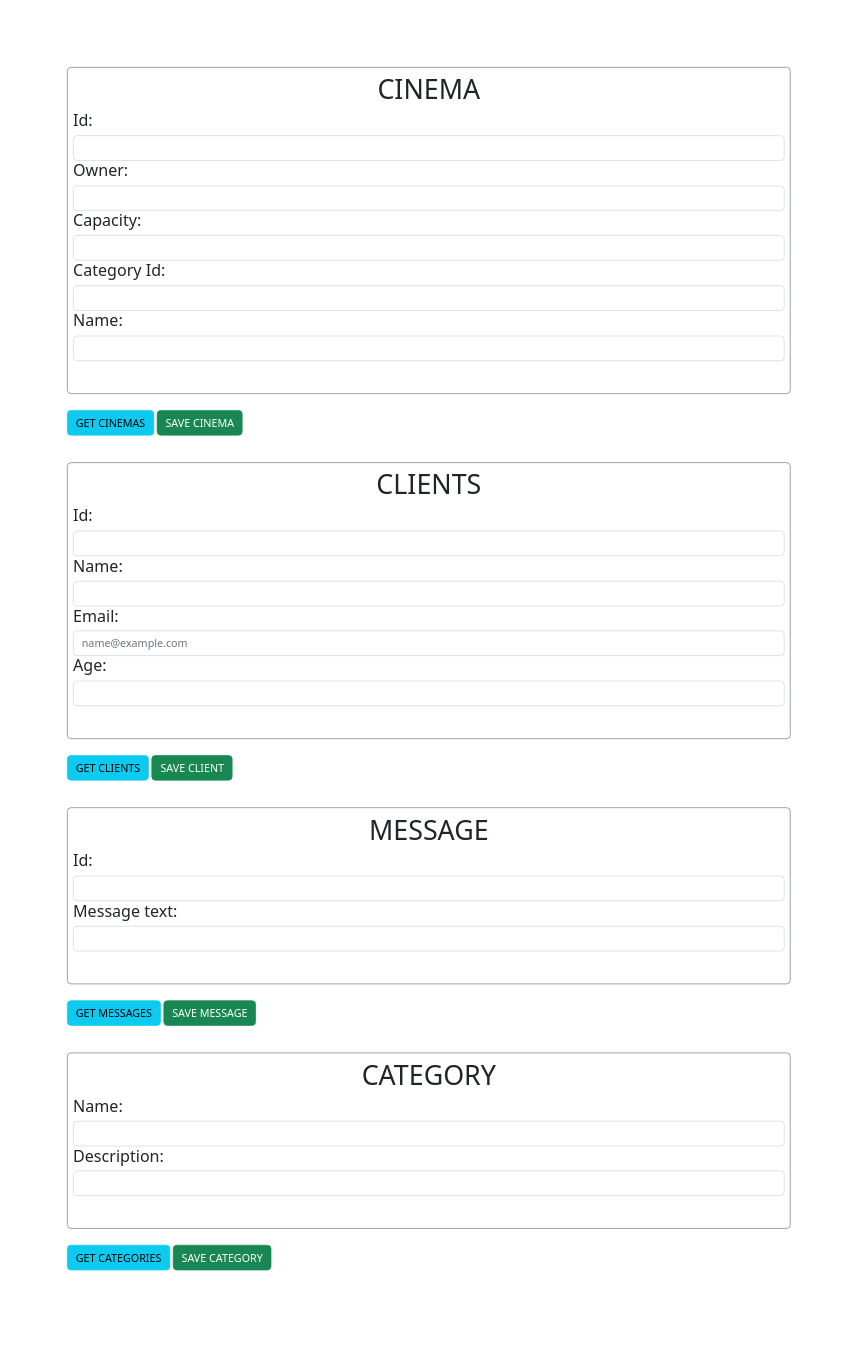
Repository: almendezl/MisionTIC
Page: index.html
The author's editor kept a copy of each file at every save. The page is drawn from the files as they stood at one save, then again after the next save.
The browser window is 1280 px wide. The pictures show the whole page, at 67% of full size.

Above is the page before, as saved 2022-10-10 12:43:00.

### index.html
<html lang="en">
<head>
    <meta charset="UTF-8">
    <meta http-equiv="X-UA-Compatible" content="IE=edge">
    <meta name="viewport" content="width=device-width, initial-scale=1.0">
    <link rel="stylesheet" href="styles.css">
    <title>MISION TIC 2022 RETO 2</title>
</head>
<script src="https://cdn.jsdelivr.net/npm/axios/dist/axios.min.js"></script>
<!-- add jquery api -->
<script src="https://ajax.googleapis.com/ajax/libs/jquery/3.6.1/jquery.min.js"></script>
<!-- add bootstrap -->
<link href="https://cdn.jsdelivr.net/npm/bootstrap@5.2.1/dist/css/bootstrap.min.css" rel="stylesheet" integrity="sha384-iYQeCzEYFbKjA/T2uDLTpkwGzCiq6soy8tYaI1GyVh/UjpbCx/TYkiZhlZB6+fzT" crossorigin="anonymous">
<!-- add the file with the script -->
<script type="text/javascript" src="myScript.js"></script>
<body>
    <!-- cinema front -->
    <div class=" p-2 rounded border border-secondary" >
        <h1 class="text-center">CINEMA</h1>
        <form action="">
            <div class="form-group">
                <h4 class="label label-default" >Id: </h4>
                <input  class="form-control" type="number" id="cinemaId">
            </div>

            <div class="form-group">
                <h4 class="label label-default" >Owner: </h4>
                <input class="form-control" type="text" id="cinemaOwner">
            </div>

            <div class="form-group">
                <h4 class="label label-default" >Capacity: </h4>
                <input class="form-control" type="number" id="cinemaCapacity" >
            </div>

            <div class="form-group">
                <h4 class="label label-default" >Category Id: </h4>
                <input class="form-control" type="number" id="cinemaCategory">
            </div>

            <div class="form-group">
                <h4 class="label label-default" >Name: </h4>
                <input class="form-control" type="text" id="cinemaName"><br>
            </div>

        </form>
    </div>
    <br>
    <div id="cinemaAlert">

    </div>

    <button class="btn btn-info" onclick="getCinemas()">GET CINEMAS</button>

    <button class="btn btn-success" onclick="setCinema()">SAVE CINEMA</button><br>

    <div id="editCinema">
        <br>

    </div>



    <table class="table table-striped" id="cinemasList">

    </table>

    <!-- Clients front  -->
    <div class=" p-2 rounded border border-secondary" >
    <h1 class="text-center">CLIENTS</h1>
        <form action="">
            <div class="form-group">
                <h4 class="label label-default" >Id: </h4>
                <input class="form-control" type="number" id="clientId">
            </div>

            <div class="form-group">
                <h4 class="label label-default" >Name: </h4>
                <input class="form-control" type="text" id="clientName">
            </div>

            <div class="form-group">
                <h4 class="label label-default" >Email: </h4>
                <input class="form-control" type="text" id="clientEmail" placeholder="name@example.com">
            </div>

            <div class="form-group">
                <h4 class="label label-default" >Age: </h4>
                <input class="form-control" type="number" id="clientAge"><br>
            </div>

        </form>
    </div>
    <br>

    <div id="clientAlert">

    </div>

    <button class="btn btn-info" onclick="getClients()">GET CLIENTS</button>

    <button class="btn btn-success" onclick="setClient()">SAVE CLIENT</button>

    <div id="editClient">
        <br>

    </div>

    <table class="table table-striped" id="clientsList">


    </table>

    <!-- Message front  -->
    <div class=" p-2 rounded border border-secondary" >
        <h1 class="text-center">MESSAGE</h1>

        <form action="" >
            <div class="form-group">
                <h4 class="label label-default" >Id: </h4>
                <input class="form-control" type="number" id="messageId">
            </div>

            <div class="form-group">
                <h4 class="label label-default" >Message text: </h4>
                <input class="form-control" type="text" id="messageText"><br>
            </div>


        </form>
    </div>
    <br>

    <div id="messageAlert">

    </div>



    <button class="btn btn-info" onclick="getMessages()">GET MESSAGES</button>

    <button class="btn btn-success" onclick="setMessage()">SAVE MESSAGE</button>

    <div id="editMessage">
        <br>

    </div>

    <table class="table table-striped" id="messagesList">


    </table>


     <!-- Message front  -->
     <div class=" p-2 rounded border border-secondary" >
        <h1 class="text-center">CATEGORY</h1>

        <form action="" >
            <div class="form-group">
                <h4 class="label label-default" >Name: </h4>
                <input class="form-control" type="text" id="categoryName">
            </div>

            <div class="form-group">
                <h4 class="label label-default" >Description: </h4>
                <input class="form-control" type="text" id="categoryDescription"><br>
            </div>


        </form>
    </div>
    <br>

    <div id="categoryAlert">

    </div>



    <button class="btn btn-info" onclick="getCategory()">GET CATEGORIES</button>

    <button class="btn btn-success" onclick="setCategory()">SAVE CATEGORY</button>

    <div id="editCategory">
        <br>

    </div>

    <table class="table table-striped" id="categoryList">


    </table>

</body>
</html>

### styles.css
body {

    padding: 100px 100px;
  }

Loaded but not shown: myScript.js (635 lines, source omitted)

After the next save:
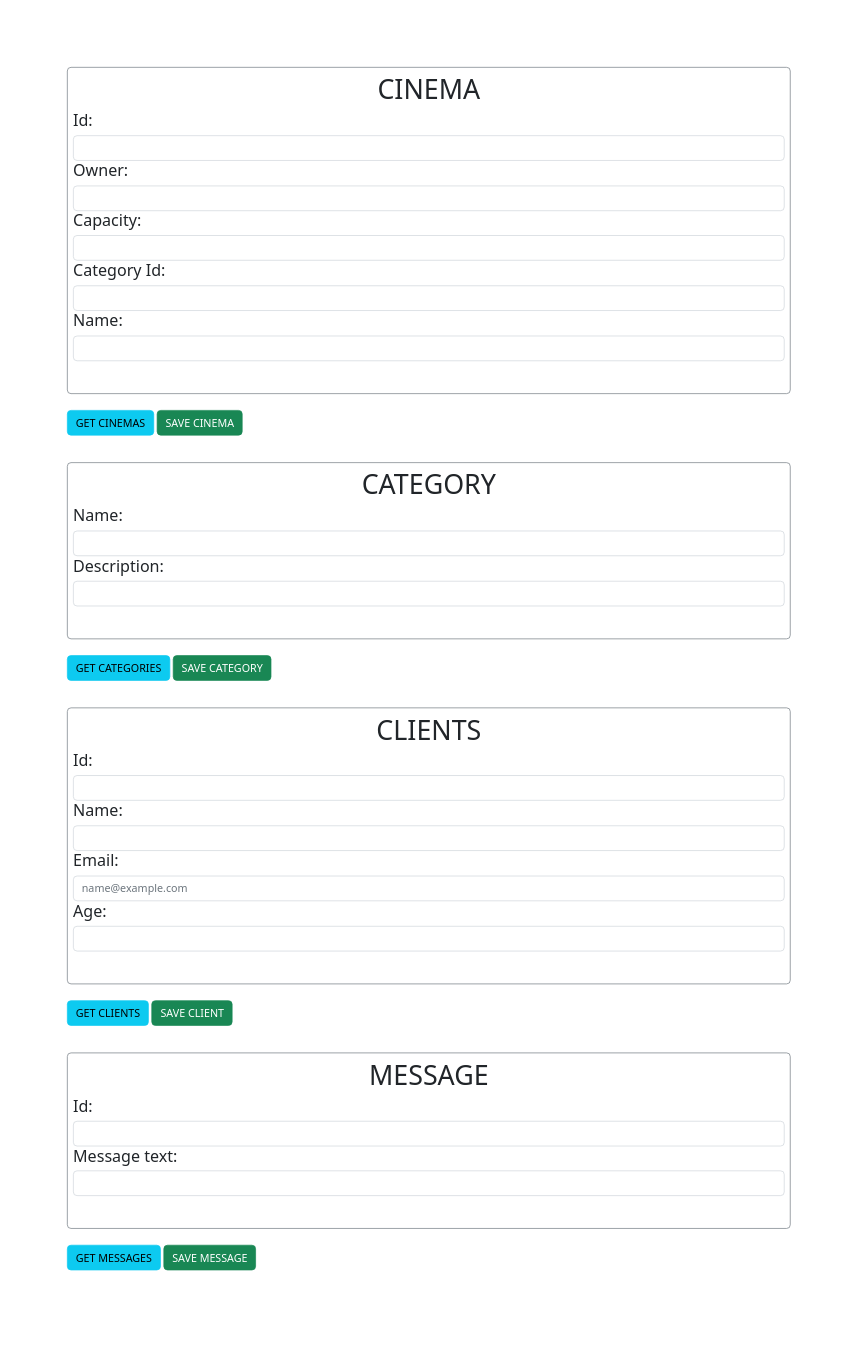
Saved 30 s later.
--- a/index.html
+++ b/index.html
@@ -64,7 +64,45 @@
     <table class="table table-striped" id="cinemasList">
 
     </table>
+<!-- Category front  -->
+<div class=" p-2 rounded border border-secondary" >
+    <h1 class="text-center">CATEGORY</h1>
 
+    <form action="" >
+        <div class="form-group">
+            <h4 class="label label-default" >Name: </h4>
+            <input class="form-control" type="text" id="categoryName">
+        </div>
+
+        <div class="form-group">
+            <h4 class="label label-default" >Description: </h4>
+            <input class="form-control" type="text" id="categoryDescription"><br>
+        </div>
+
+
+    </form>
+</div>
+<br>
+
+<div id="categoryAlert">
+
+</div>
+
+
+
+<button class="btn btn-info" onclick="getCategory()">GET CATEGORIES</button>
+
+<button class="btn btn-success" onclick="setCategory()">SAVE CATEGORY</button>
+
+<div id="editCategory">
+    <br>
+
+</div>
+
+<table class="table table-striped" id="categoryList">
+
+
+</table>
     <!-- Clients front  -->
     <div class=" p-2 rounded border border-secondary" >
     <h1 class="text-center">CLIENTS</h1>
@@ -152,45 +190,7 @@
     </table>
 
 
-     <!-- Message front  -->
-     <div class=" p-2 rounded border border-secondary" >
-        <h1 class="text-center">CATEGORY</h1>
 
-        <form action="" >
-            <div class="form-group">
-                <h4 class="label label-default" >Name: </h4>
-                <input class="form-control" type="text" id="categoryName">
-            </div>
-
-            <div class="form-group">
-                <h4 class="label label-default" >Description: </h4>
-                <input class="form-control" type="text" id="categoryDescription"><br>
-            </div>
-
-
-        </form>
-    </div>
-    <br>
-
-    <div id="categoryAlert">
-
-    </div>
-
-
-
-    <button class="btn btn-info" onclick="getCategory()">GET CATEGORIES</button>
-
-    <button class="btn btn-success" onclick="setCategory()">SAVE CATEGORY</button>
-
-    <div id="editCategory">
-        <br>
-
-    </div>
-
-    <table class="table table-striped" id="categoryList">
-
-
-    </table>
 
 </body>
 </html>
